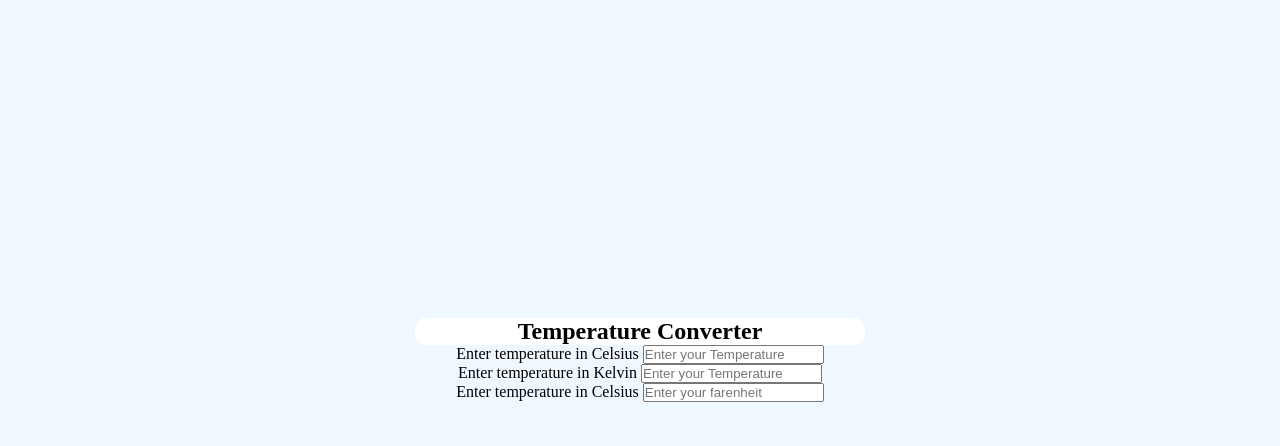
Repository: JunaidAnsari202/Temperature-Converter
Page: index.html
The author's editor kept a copy of each file at every save. The page is drawn from the files as they stood at one save, then again after a run of saves.
The browser window is 1280 px wide. The pictures show the whole page.

Above is the page before, as saved 2024-10-16 13:33:02.
Not found: script,js

### index.html
<!DOCTYPE html>
<html lang="en">
<head>
    <meta charset="UTF-8">
    <meta name="viewport" content="width=device-width, initial-scale=1.0">
    <title>Temperatue converter</title>
    <link rel="stylesheet" href="style.css">
</head>
<body>
  <div class="container">
    <div class="header">
        <h2>Temperature Converter</h2>
    </div>
  </div>
  <div class="input1">
    <label for="input1">  Enter temperature in Celsius </label>
    <input type="number" id="calsius" placeholder="Enter your Temperature">
  </div>
  <div class="input2">
    <label for="input2">  Enter temperature in Kelvin </label>
    <input type="number" id="kelvin" placeholder="Enter your Temperature">
  </div>
  <div class="input3">
    <label for="input3">  Enter temperature in Celsius </label>
    <input type="number" id="farenheit" placeholder="Enter your farenheit">
  </div>
    <script src="script,js"></script>
</body>
</html>

### style.css
*{
    margin: 0;
    padding: 0;
    box-sizing: border-box;
}

body{
    background-color: aliceblue;
    display: flex;
    justify-content: center;
    align-items: center;
    height: 100vh;
    flex-direction: column;

}

.container{
    width: 450px;
    background-color: white;
    border-radius: 10px;
    text-align: center;

}

.header{
    ma
}

After the next 7 saves:
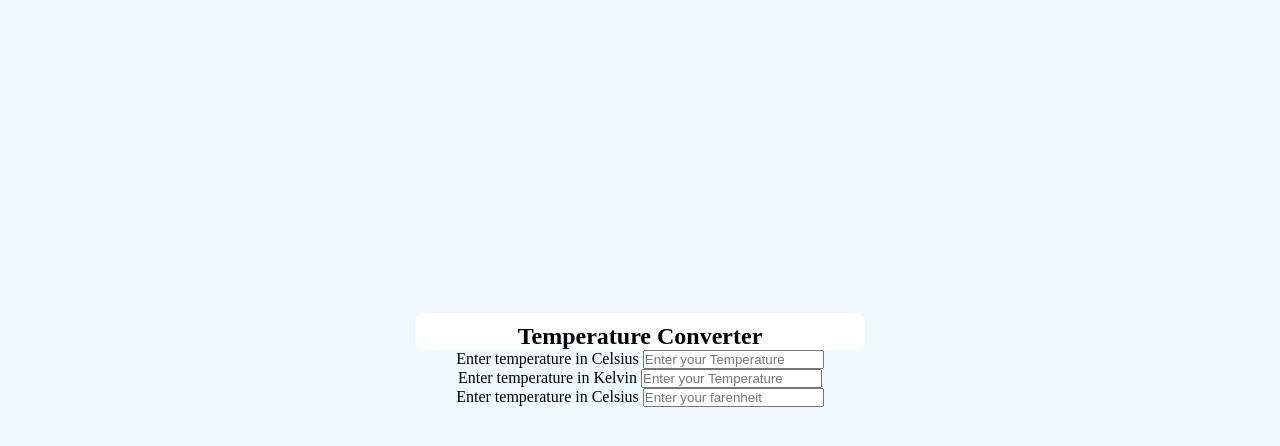
The 7 saves are shown as one change because they came seconds apart.
The last was saved 12 s later.
--- a/style.css
+++ b/style.css
@@ -23,5 +23,6 @@ body{
 }
 
 .header{
-    ma
+    margin-top: 10px;
+    background-color: ;
 }
